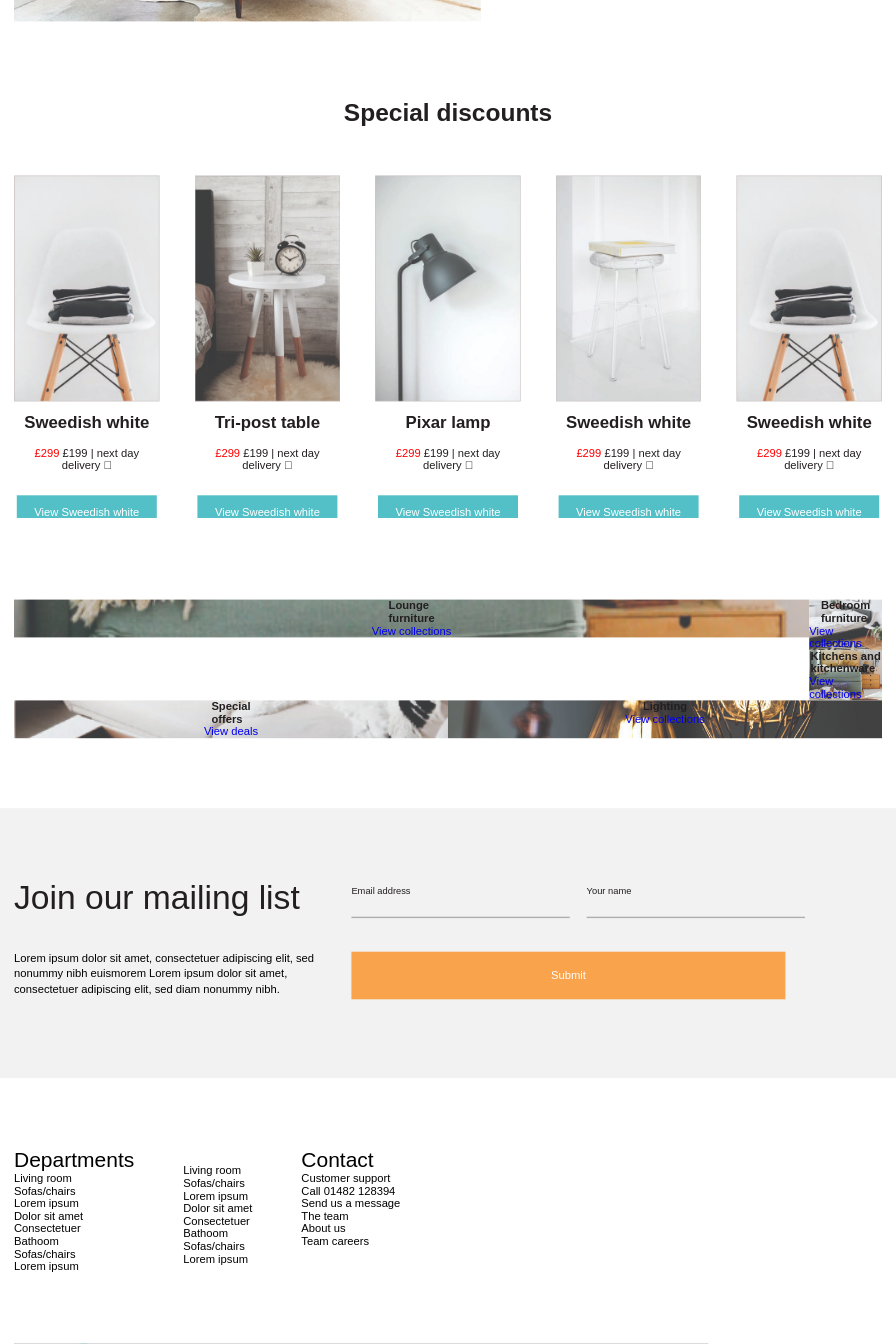
Repository: dinhhaidh/republic-web
Page: index.html
These files come from the project's save history. The page is drawn as it stood at one moment and after the next save; the edit follows.
The browser window is 1280 px wide. The pictures show the part of the page from y = 1392 to 3312 px (the page is 3529 px tall before and 3683 px after), at 70% of full size.
Some web fonts or font styles are not loaded; a fallback is used. Some web libraries are served in a nearby version.

Above is the page before, as saved 2024-01-26 09:01:40.

### index.html
<!DOCTYPE html>
<html lang="en">
<head>
    <meta charset="UTF-8">
    <meta name="viewport" content="width=device-width, initial-scale=1.0">

    <!--=============== FAVICON ===============-->
    <link rel="shortcut icon" href="assets/img/favicon.png" type="image/x-icon">

    <!--=============== REMIXICONS ===============-->
    <link rel="stylesheet" href="https://cdn.jsdelivr.net/npm/remixicon@4.1.0/fonts/remixicon.min.css">

    <link
    rel="stylesheet"
    href="https://cdn.jsdelivr.net/npm/swiper@11/swiper-bundle.min.css"
  />

    <!--=============== CSS ===============-->
    <link rel="stylesheet" href="style.css">

    <title>Responsive </title>
</head>
<body>
    <!--==================== HEADER ====================-->
    <header class="header" id="header">
        <nav class="nav container">
            <div href="#" class="nav__logo">
                <img src="./img/logo.jpg" alt="image" class="nav__img">
            </div>
            <div class="nav__menu" id="nav-menu">
                <ul class="nav__list">
                    <li class="nav__item">
                        <a href="#home" class="nav__link">Home</a>
                    </li>
                    <li class="nav__item">
                        <a href="#bedroom" class="nav__link">Bedroom</a>
                    </li>
                    <li class="nav__item">
                        <a href="#lounge" class="nav__link">Lounge</a>
                    </li>
                    <li class="nav__item">
                        <a href="#kitchen" class="nav__link">Kitchen</a>
                    </li>
                    <li class="nav__item">
                        <a href="#lighting" class="nav__link">Lighting</a>
                    </li>
                </ul>
                <div class="nav__close" id="nav-close">
                    <i class="ri-close-line"></i>
                </div>
                <form action="" class="nav__button">
                    <div class="button">
                        <input type="text" placeholder="Find something..." class="form-control">
                        <i class="ri-search-line button__search"></i>
                    </div>
                    <div class="shopping">
                        <i class="ri-shopping-cart-line "></i>
                        <span class="shopping__quantity">0</span>
                    </div>
                </form>
                <!-- toggle -->
                <div class="nav__toggle" id="nav-toggle">
                    <i class="ri-menu-line"></i>
                </div>
            </div>

        </nav>
    </header>

    <!--==================== MAIN ====================-->
    <main class="main">
        <!--==================== Home  ====================-->
        <section class="home section" id="home">
            <div class="home__container container">
                <div class="home__contennt">
                    <h1 class="home__title">Premium <br> collection</h1>
                    <p class="home__desc">
                        Lorem ipsum dolor sit amet, consectetuer adipiscing elit, sed diam nonummy nibh euismorem ipsum dolor sit amet, consectetuer adipiscing elit
                    </p>
                    <h4>£2,300</h4>
                    <a href="#" class="button__link">View the collection</a>
                </div>
                <div class="home__images">
                    <img src="./img/hom1.jpg" alt="" class="home__image">
                    <div class="home__span">
                        <span><a href="">Lorem ipsum dolor sit amet</a>    £2,300</span>
                        <span><a href="#"> Consectetuer adsed diam</a>    £2,300</span>
                    </div>
                </div>
            </div>
        </section>

        <!--==================== Bedroom ====================-->
        <section class="bedroom section" id="bedroom">
            <div class="bedroom__container container swiper">
                <div class="swiper-wrapper">
                    <div class="bedroom__main swiper-slide">
                        <div class="bedroom__images">
                            <img src="./img/funitire1.jpg" alt="" class="bedroom__image">
                        </div>
                        <div class="bedroom__content">
                            <span>Living room</span>
                            <div class="bedroom-brick"></div>
                            <h2 class="bedroom__title">Minimalist <br>
                                furniture</h2>
                            <p class="bedroom__desc">
                                Lorem ipsum dolor sit amet, consectetuer adipiscing elit, sed diam nonummy nibh euismorem
                            </p>
                            <a href="#" class="button__link">View the collection</a>
                        </div>
                    </div>
                    <div class="bedroom__main swiper-slide">
                        <div class="bedroom__images">
                            <img src="./img/finiture2.jpg" alt="" class="bedroom__image">
                        </div>
                        <div class="bedroom__content">
                            <span>Living room</span>
                            <div class="bedroom-brick"></div>
                            <h2 class="bedroom__title">Minimalist <br>
                                furniture</h2>
                            <p class="bedroom__desc">
                                Lorem ipsum dolor sit amet, consectetuer adipiscing elit, sed diam nonummy nibh euismorem
                            </p>
                            <a href="#" class="button__link">View the collection</a>
                        </div>
                    </div>
                    <div class="bedroom__main swiper-slide">
                        <div class="bedroom__images">
                            <img src="./img/funitire1.jpg" alt="" class="bedroom__image">
                        </div>
                        <div class="bedroom__content">
                            <span>Living room</span>
                            <div class="bedroom-brick"></div>
                            <h2 class="bedroom__title">Minimalist <br>
                                furniture</h2>
                            <p class="bedroom__desc">
                                Lorem ipsum dolor sit amet, consectetuer adipiscing elit, sed diam nonummy nibh euismorem
                            </p>
                            <a href="#" class="button__link">View the collection</a>
                        </div>
                    </div>
                </div>
            </div>
        </section>

        <!--==================== Lounge  ====================-->
        <section class="lounge  section" id="lounge">
            <h2 class="lounge-title">Special discounts</h2>
            <div class="lounge__container container swiper">
                <div class="swiper-wrapper">
                    <div class="swiper-slide">
                        <article class=" lounge__card">
                            <img src="./img/special1.jpg" alt="" class="lounge__img">
                            <h3>Sweedish white</h3>
                            <h4><span>£299</span> £199  |  next day delivery  </h4>
                            <a href="#" class="button__link lounge__button">View Sweedish white</a>
                        </article>
                    </div>
                    <div class="swiper-slide">
                        <article class=" lounge__card swiper-slide">
                            <img src="./img/special2.jpg" alt="" class="lounge__img">
                            <h3>Tri-post table</h3>
                            <h4><span>£299</span> £199  |  next day delivery  </h4>
                            <a href="#" class="button__link lounge__button">View Sweedish white</a>
                        </article>
                    </div>
                    <article class=" lounge__card swiper-slide">
                        <img src="./img/special3.jpg" alt="" class="lounge__img">
                        <h3>Pixar lamp</h3>
                        <h4><span>£299</span> £199  |  next day delivery  </h4>
                        <a href="#" class="button__link lounge__button">View Sweedish white</a>
                    </article>
                    <div class="swiper-slide">
                        <article class="lounge__card">
                            <img src="./img/special4.jpg" alt="" class="lounge__img">
                            <h3>Sweedish white</h3>
                            <h4><span>£299</span> £199  |  next day delivery  </h4>
                            <a href="#" class="button__link lounge__button">View Sweedish white</a>
                        </article>
                    </div>
                    <div class="swiper-slide">
                        <article class=" lounge__card">
                            <img src="./img/special1.jpg" alt="" class="lounge__img">
                            <h3>Sweedish white</h3>
                            <h4><span>£299</span> £199  |  next day delivery  </h4>
                            <a href="#" class="button__link lounge__button">View Sweedish white</a>
                        </article>
                    </div>

                </div>
            </div>
        </section>

        <!--==================== Kitchen ====================-->
        <section class="kitchen  section" id="kitchen">
            <div class="kitchen__container container ">
                <div class="kitchen__content">
                    <div class="kitchen__img kitchen__special">
                        <!-- <img src="./img/special5.jpg"  alt="Kitchen image" class="kitchen__one"> -->
                        <div class="kitchen__img__one kitchen-img-top kitchen__collections">
                            <h4>Lounge <br> furniture</h4>
                            <a href="#">View collections</a>
                        </div>
                    </div>
                    <div class="kitchen__image">
                        <div class="kitchen__furniture kitchen__specia">
                            <!-- <img src="./img/special6.jpg"  alt="Kitchen image"> -->
                            <div class="kitchen-img__view kitchen__collections">
                                <h4>Bedroom <br> furniture</h4>
                                <a href="#">View collections</a>
                            </div>
                        </div>
                        <div class="kitchen__special">
                            <!-- <img src="./img/special7.jpg"  alt="Kitchen image"> -->
                            <div class="kitchen__img3 kitchen__collections">
                                <h4>Kitchens and<br> kitchenware</h4>
                                <a href="#">View collections</a>
                            </div>
                        </div>
                    </div>
                </div>
            </div>
            <div class="Kitchen__main container grid">
                <div class="Kitchen__img1">
                    <div class="kitchen__special kitchen__kitchenware">
                        <!-- <div class="kitchen__for"><img src="./img/special8.jpg" alt="Kitchen image"></div> -->
                        <div class="kitchen__imag4 kitchen__collections">
                            <h4>Special<br>offers</h4>
                            <a href="#">View deals</a>
                        </div>
                    </div>
                    <div class="kitchen__special kitchen__kitchenwares">
                        <!-- <img src="./img/special9.jpg"  alt="Kitchen image"> -->
                        <div class="kitchen__img5 kitchen__collections">
                            <h4>Lighting</h4>
                            <a href="#">View collections</a>
                        </div>
                    </div>
                </div>
            </div>
        </section>

        <!-- <section class="kitchen" id="kitchen">
            <div class="kitchen__container container">
                <div class="kitchen__chekin grid">
                    <div class="kitchen__item">
                        <img src="./img/special5.jpg" alt="">
                        <div class="kitchen__img__one kitchen-img-top">
                            <h4>Lounge <br> furniture</h4>
                            <a href="#">View collections</a>
                        </div>
                    </div>
                    <div class="kitchen__item">
                        <img src="./img/special6.jpg"  alt="Kitchen image">
                        <div class="kitchen-img__view">
                            <h4>Bedroom <br> furniture</h4>
                            <a href="#">View collections</a>
                        </div>
                    </div>
                    <div class="kitchen__item">
                        <img src="./img/special7.jpg"  alt="Kitchen image">
                        <div class="kitchen__img3">
                            <h4>Kitchens and<br> kitchenware</h4>
                            <a href="#">View collections</a>
                        </div>
                    </div>
                </div>
                <div class="kitchen__content container">
                    <div class="kitchen__item">
                        <img src="./img/special8.jpg" alt="Kitchen image">
                        <div class="kitchen__imag4">
                            <h4>Special<br>offers</h4>
                            <a href="#">View deals</a>
                        </div>
                    </div>
                    <div class="kitchen__item">
                        <img src="./img/special9.jpg"  alt="Kitchen image">
                        <div class="kitchen__img5">
                            <h4>Lighting</h4>
                            <a href="#">View collections</a>
                        </div>
                    </div>
                </div>
            </div>
        </section> -->

        <!--==================== Lighting ====================-->
        <section class="lighting  section" id="lighting">
            <div class="lighting__container container">
                <div class="lighting__list">
                    <h2 class="lighting__heading">Join our mailing list</h2>
                    <p class="lighting__desc">Lorem ipsum dolor sit amet, consectetuer adipiscing elit, sed nonummy nibh euismorem Lorem ipsum dolor sit amet, consectetuer adipiscing elit, sed diam nonummy nibh.</p>
                </div>
                <div class="lighting__form">
                    <form action="" class="lighting__input">
                        <input type="text" placeholder="Email address" class="form__contro">
                        <input type="name" placeholder="Your name" class="form__control">
                    </form>
                    <a href="#" class="lighting__button">Submit</a>
                </div>
            </div>
        </section>
    </main>

    <!--==================== FOOTER ====================-->
    <footer class="footer">
        <div class="footer__container container">
            <div class="footer__content grid">
                <div class="footer__data">
                    <h3 class="footer__title">Departments</h3>
                    <ul class="footer__list">
                        <li class="footer__links">
                            <a href="#" class="footer__link">Living room</a>
                        </li>
                        <li class="footer__links">
                            <a href="#" class="footer__link">Sofas/chairs</a>
                        </li>
                        <li class="footer__links">
                            <a href="#" class="footer__link">Lorem ipsum</a>
                        </li>
                        <li class="footer__links">
                            <a href="#" class="footer__link">Dolor sit amet</a>
                        </li>
                        <li class="footer__links">
                            <a href="#" class="footer__link">Consectetuer</a>
                        </li>
                        <li class="footer__links">
                            <a href="#" class="footer__link">Bathoom</a>
                        </li>
                        <li class="footer__links">
                            <a href="#" class="footer__link">Sofas/chairs</a>
                        </li>
                        <li class="footer__links">
                            <a href="#" class="footer__link">Lorem ipsum</a>
                        </li>
                    </ul>
                </div>
                <div class="footer__data footer__item">
                    <ul class="footer__list">
                        <li class="footer__links">
                            <a href="#" class="footer__link">Living room</a>
                        </li>
                        <li class="footer__links">
                            <a href="#" class="footer__link">Sofas/chairs</a>
                        </li>
                        <li class="footer__links">
                            <a href="#" class="footer__link">Lorem ipsum</a>
                        </li>
                        <li class="footer__links">
                            <a href="#" class="footer__link">Dolor sit amet</a>
                        </li>
                        <li class="footer__links">
                            <a href="#" class="footer__link">Consectetuer</a>
                        </li>
                        <li class="footer__links">
                            <a href="#" class="footer__link">Bathoom</a>
                        </li>
                        <li class="footer__links">
                            <a href="#" class="footer__link">Sofas/chairs</a>
                        </li>
                        <li class="footer__links">
                            <a href="#" class="footer__link">Lorem ipsum</a>
                        </li>
                    </ul>
                </div>
                <div class="footer__data">
                    <h3 class="footer__title">Contact</h3>
                    <ul class="footer__list">
                        <li class="footer__links">
                            <a href="#" class="footer__link">Customer support</a>
                        </li>
                        <li class="footer__links">
                            <a href="#" class="footer__link">Call 01482 128394</a>
                        </li>
                        <li class="footer__links">
                            <a href="#" class="footer__link">Send us a message</a>
                        </li>
                        <li class="footer__links">
                            <a href="#" class="footer__link">The team</a>
                        </li>
                        <li class="footer__links">
                            <a href="#" class="footer__link">About us</a>
                        </li>
                        <li class="footer__links">
                            <a href="#" class="footer__link">Team careers</a>
                        </li>
                    </ul>
                </div>
            </div>
            <div class="footer__img">
                <div class="footer__brick"></div>
                <div class="footer__circle"></div>
            </div>
            <div class="footer__copy">Made in Hornsea, East Yorkshire, England | www.uirepublic.net</div>
        </div>
    </footer>

    <!--========== SCROLL UP ==========-->

    <script src="https://cdn.jsdelivr.net/npm/swiper@11/swiper-bundle.min.js"></script>


    <!--=============== SCROLLREVEAL ===============-->
    <script src=""></script>

    <!--=============== JQuery ===============-->
    <script src="https://code.jquery.com/jquery-3.7.1.slim.min.js" integrity="sha256-kmHvs0B+OpCW5GVHUNjv9rOmY0IvSIRcf7zGUDTDQM8=" crossorigin="anonymous"></script>

    <!--=============== MAIN JS ===============-->
    <script src="/js/main.js"></script>
</body>
</html>

### js/main.js
$(document).ready(function () {
  $("#nav-toggle").click(function () {
    $("#nav-menu").addClass("show-menu");
  });
  $("#nav-close").click(function () {
    $("#nav-menu").removeClass("show-menu");
  });
  $(window).scroll(function () {
    $("#header").toggleClass("scroll-header", $(this).scrollTop() >= 50);
  });
});
/*=============== SWIPER PRODUCTS ===============*/
var swiperLounge = new Swiper(".lounge__container", {
  // luot lien tuc
  slidesPerView: 3.5,
  spaceBetween: 3,
  grabCursor: true,
  // centeredSlides: true,
  loop: true,
  navigator: {
    nextEl: ".swiper-button-next",
    prevEl: ".swiper-button-prev",
  },
  // lích thước resposive
  // breakpoints: {
  //   220: {
  //     slidesPerView: 1,
  //     spaceBetween: 20,
  //   },
  //   450: {
  //     slidesPerView: 1.5,
  //     spaceBetween: 20,
  //   },
  //   640: {
  //     slidesPerView: 2,
  //     spaceBetween: 40,
  //   },
  //   820: {
  //     slidesPerView: 3,
  //     spaceBetween: 40,
  //   },
  //   1240: {
  //     slidesPerView: 3.2,
  //     spaceBetween: 20,
  //   }
  // }

  breakpoints: {
    640: {
      slidesPerView: 2,
      spaceBetween: 20,
    },
    768: {
      slidesPerView: 3,
      spaceBetween: 40,
    },
    1024: {
      slidesPerView: 5,
      spaceBetween: 50,
    },
  },

  // breakpoints: {
  //   "@0.00": {
  //     slidesPerView: 1,
  //     spaceBetween: 10,
  //   },
  //   "@0.75": {
  //     slidesPerView: 2,
  //     spaceBetween: 20,
  //   },
  //   "@1.00": {
  //     slidesPerView: 3,
  //     spaceBetween: 40,
  //   },
  //   "@1.50": {
  //     slidesPerView: 3.5,
  //     spaceBetween: 50,
  //   },
  // },
});

// var swiper = new Swiper(".lounge__container", {
//   // luot lien tuc
//     spaceBetween: 32,
//     grabCursor: true,
//     centeredSlides: true,
//     slidesPerView: "auto",
//     loop: true,

// slidesPerView: 3,
// spaceBetween: 30,
// freeMode: true,
// pagination: {
//   el: ".swiper-pagination",
//   clickable: true,
// },

//   slidesPerView: 3,
//   spaceBetween: 30,
//   centeredSlides: true,
//   pagination: {
//     el: ".swiper-pagination",
//     clickable: true,
//   },
// });


// bedoom
var swiper = new Swiper(".bedroom__container ", {
  spaceBetween: 32,
      grabCursor: true,
      centeredSlides: true,
      slidesPerView: "auto",
      loop: true,

  navigation: {
    nextEl: ".swiper-button-next",
    prevEl: ".swiper-button-prev",
  },
});

Loaded but not shown: style.css (939 lines, source omitted)

After the next save:
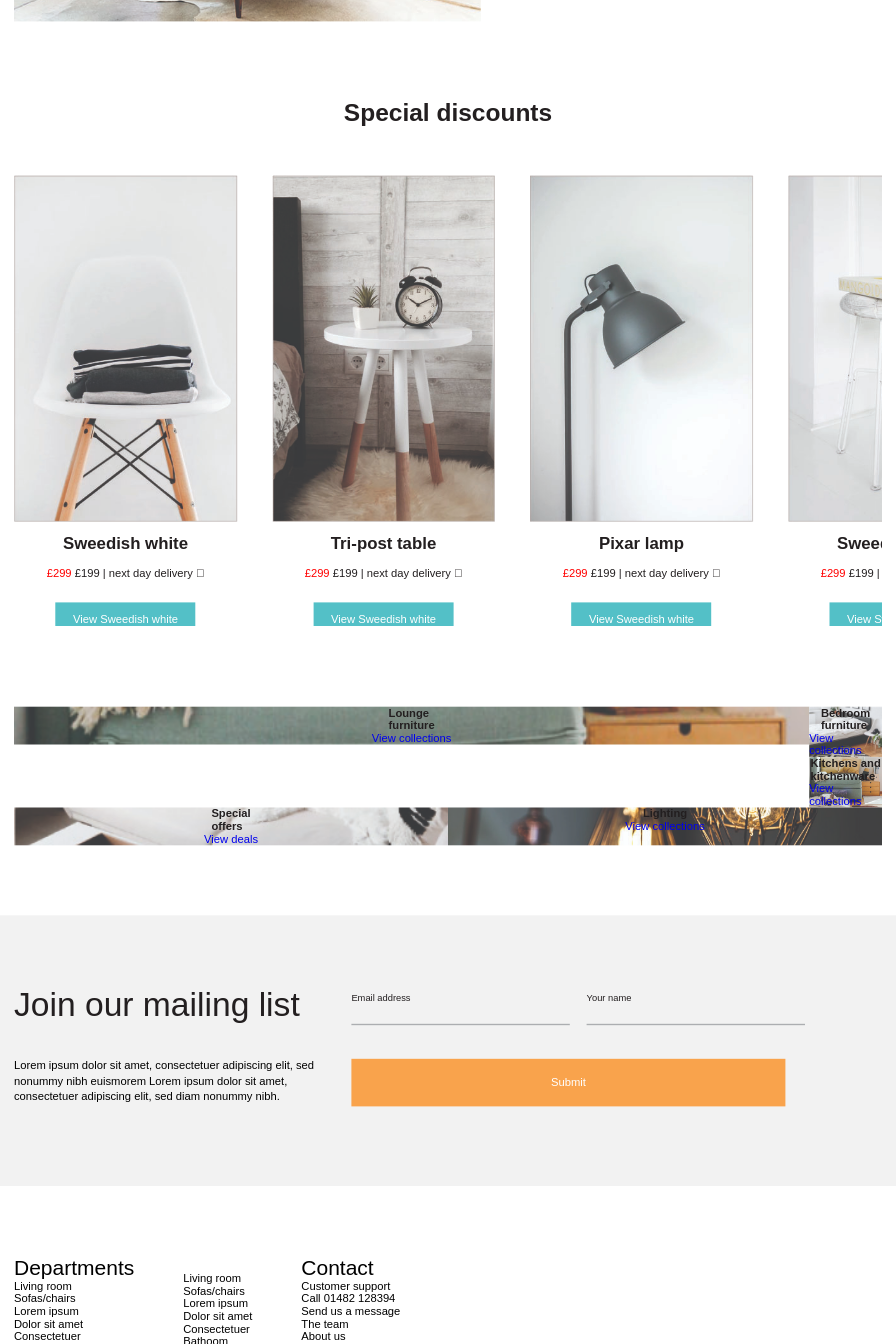
Saved 4 s later.
--- a/js/main.js
+++ b/js/main.js
@@ -55,7 +55,7 @@ var swiperLounge = new Swiper(".lounge__container", {
       spaceBetween: 40,
     },
     1024: {
-      slidesPerView: 5,
+      slidesPerView: 3.5,
       spaceBetween: 50,
     },
   },
